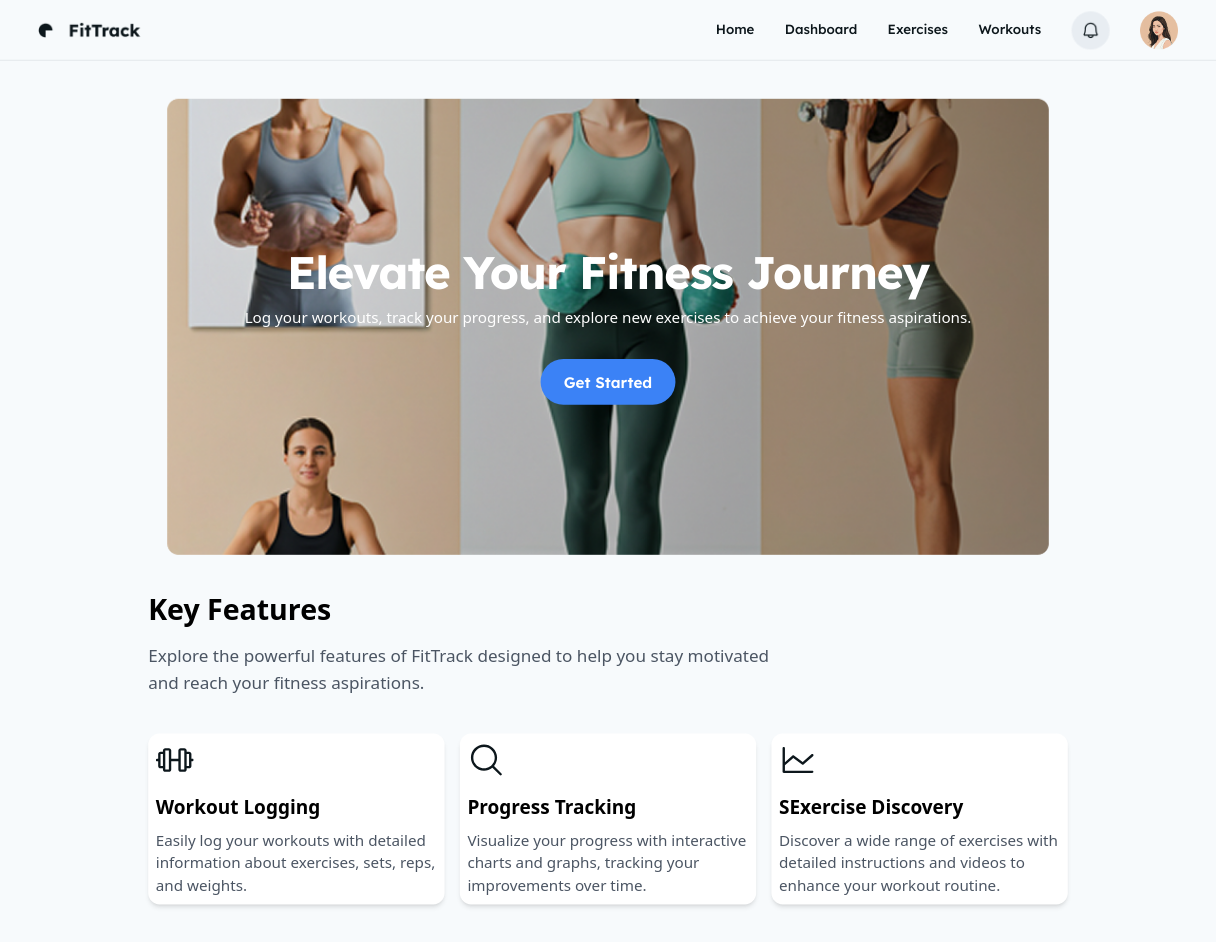
Repository: Emy-gold/fitness-tracking-platform
Page: /
These files come from the project's save history. The page is drawn as it stood at one moment and after the next save; the edit follows.
The browser window is 1280 px wide. The pictures show the whole page, at 95% of full size.
The project was rebuilt for these pictures with package versions that can differ from the ones it lists, and the page was loaded fresh each time. Also part of the build but not shown: vite.config.js, src/Pages/Dashboard.jsx, src/Pages/Exercises.jsx, src/Pages/Workouts.jsx, src/components/Footer.jsx.

Above is the page before, as saved 2025-08-24 23:33:25.

After the next save:
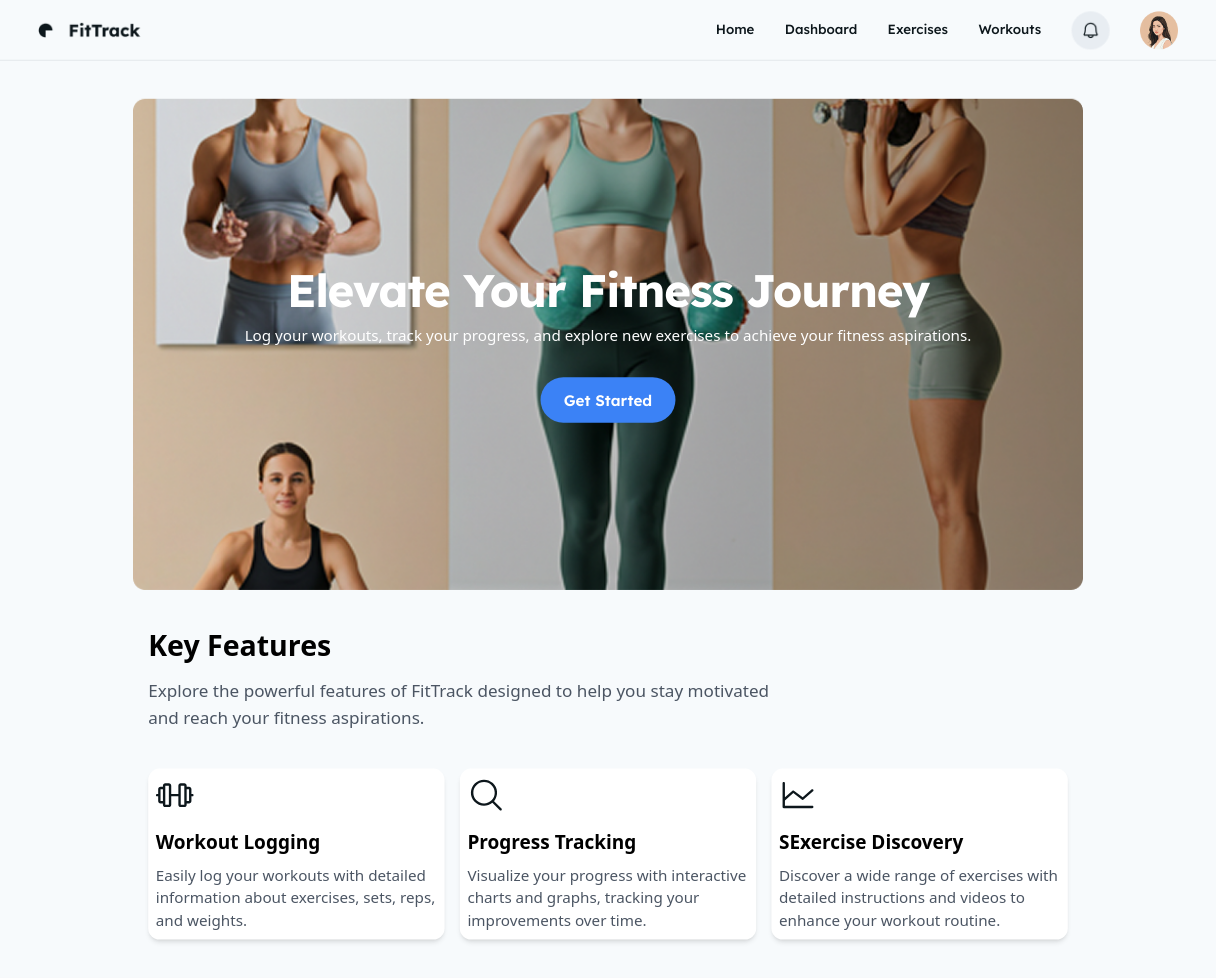
Saved 10 s later.
--- a/src/Pages/Home.jsx
+++ b/src/Pages/Home.jsx
@@ -17,7 +17,7 @@ function Home() {
             <main className='flex flex-col justify-center items-center'>
 
                 <section className='my-10 relative flex justify-center'>
-                    <img src={homepic} className="w-[]1000]" />
+                    <img src={homepic} className="w-[1000px]" />
                     <div className="absolute inset-0 flex flex-col justify-center text-center text-white">
                         <h1 className='text-5xl font-lexend font-bold mb-3 tracking-tight '>Elevate Your Fitness Journey</h1>
                         <p className=''>Log your workouts, track your progress, and explore new exercises to achieve your fitness aspirations.</p>
